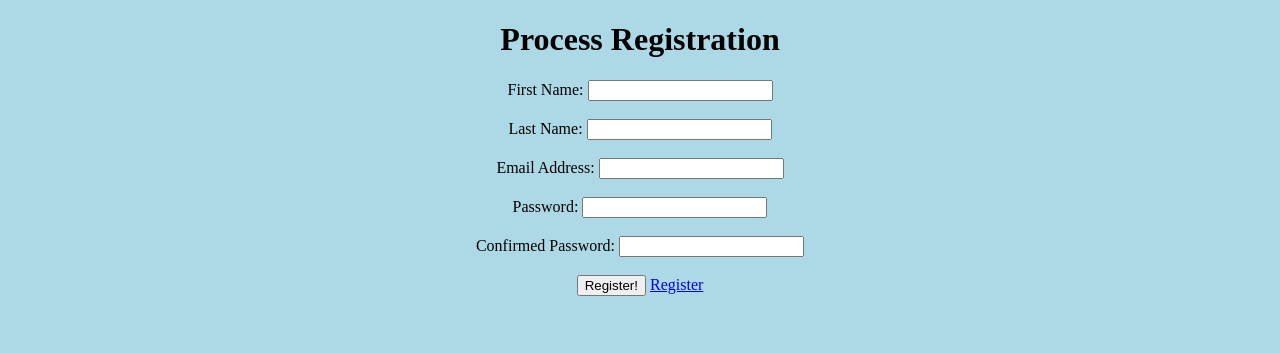
Repository: jedeyejed00/TheGameShaq
Page: http://localhost/ClassWork/ClassAssignment/process_register.php
The author's editor kept a record of every edit. The page is drawn from the files as they stood at one moment, then again after the next edit.
The browser window is 1280 px wide. The pictures show the whole page.
The page is run by PHP 8.4 with error messages shown; the project is at /var/www/html/.

Above is the page before.

After the next edit:
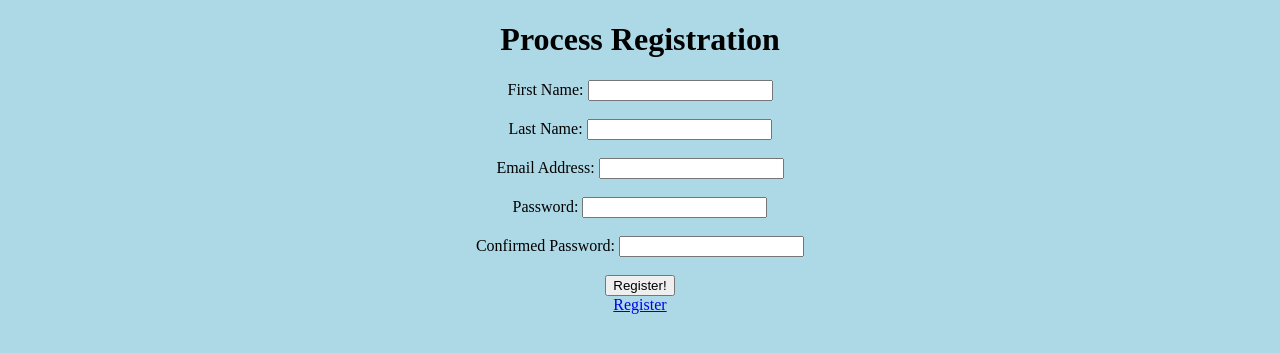
The edit:
--- a/ClassWork/ClassAssignment/process_register.php
+++ b/ClassWork/ClassAssignment/process_register.php
@@ -26,7 +26,7 @@
                     <label for ="confpassword">Confirmed Password:</label>
                     <input type ="password"= name = "confpassword" id ="confpassword" ><br> <br>
 
-                    <button> Register!</button>
+                    <button> Register!</button> <br>
 
                     <a href = "process_register.php">Register</a>
 
